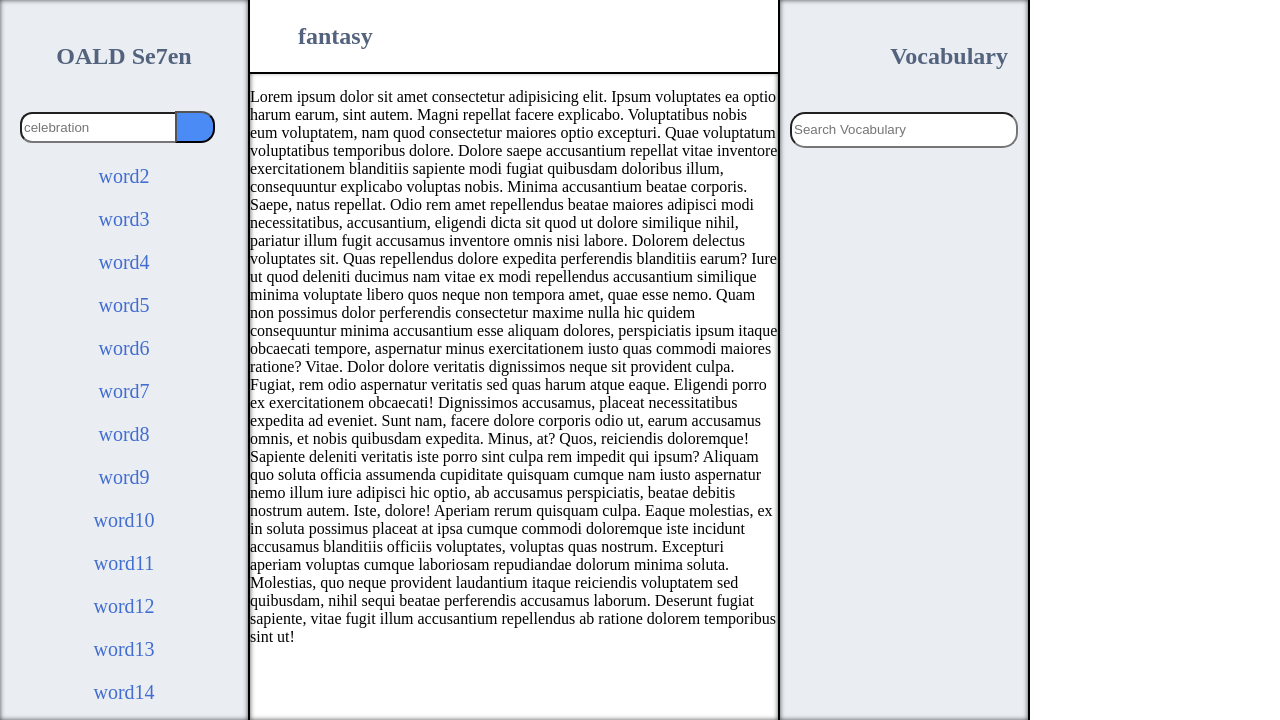
Repository: JJianZ/miao
Page: a.html
The author's editor kept a copy of each file at every save. The page is drawn from the files as they stood at one save, then again after the next save.
The browser window is 1280 px wide. The pictures show the whole page.

Above is the page before, as saved 2021-11-23 10:49:48.

After the next save:
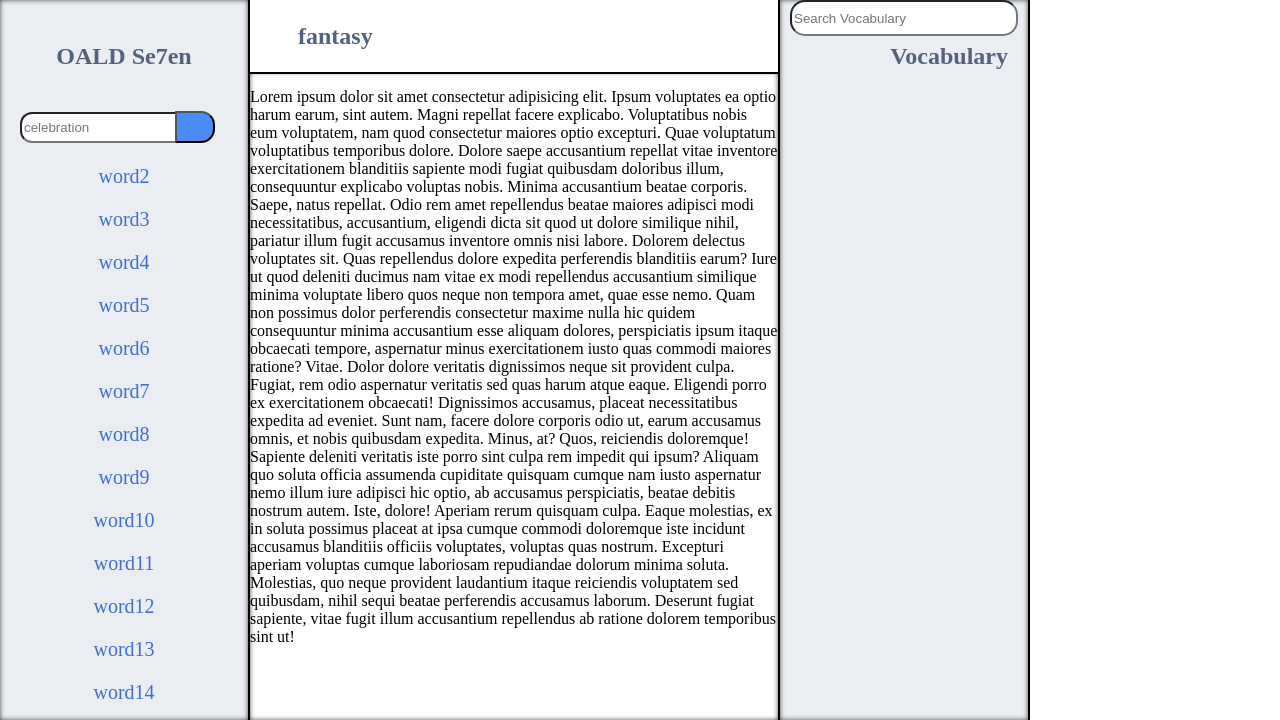
Saved 8 s later.
--- a/a.html
+++ b/a.html
@@ -103,12 +103,12 @@
       right: 0px;
     }
     .second h2 {
-      position: relative;
+      position: absolute;
       text-align: right;
       right: 20px;
     }
     .second input {
-      position: relative;
+      position: absolute;
       left:  10px;
       width: 220px;
       height: 30px;
